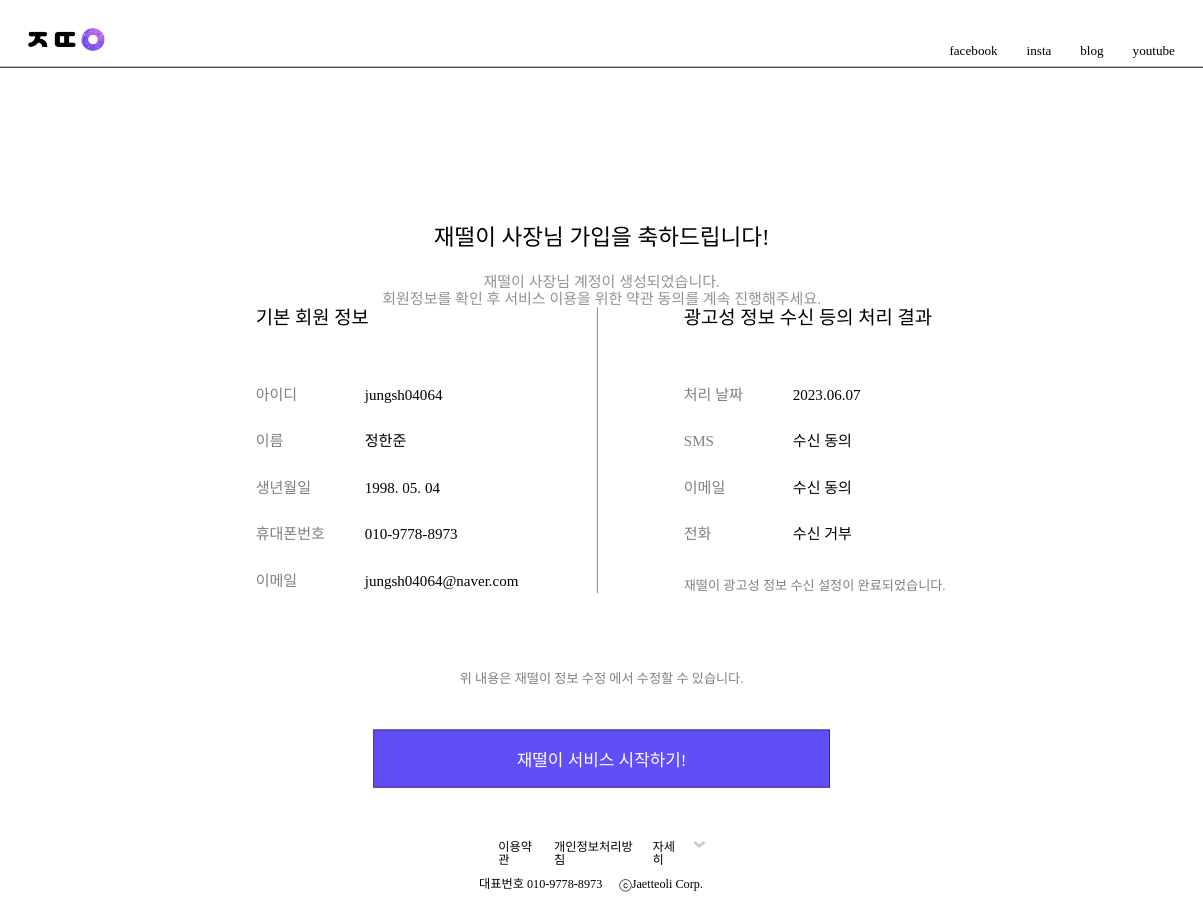
Repository: raoniee/Jaetteoli-React-Project
Page: /signup/complete
These files come from the project's save history. The page is drawn as it stood at one moment and after the next save; the edit follows.
The browser window is 1280 px wide. The pictures show the whole page, at 94% of full size.
Some web fonts or font styles are not loaded; a fallback is used. The project was rebuilt for these pictures with package versions that can differ from the ones it lists, and the page was loaded fresh each time. Also part of the build but not shown: src/component/main/ManageReview.module.css, src/component/main/ReviewContainer.module.css, src/component/main/ReviewItem.module.css, src/component/main/ReviewItem.js, src/component/main/ReviewContainer.js, src/component/sidebar/SideBar.module.css, src/component/sidebar/SideBar.js, src/component/main/ManageReview.js and 53 more.

Above is the page before, as saved 2023-07-06 22:10:09.

After the next save:
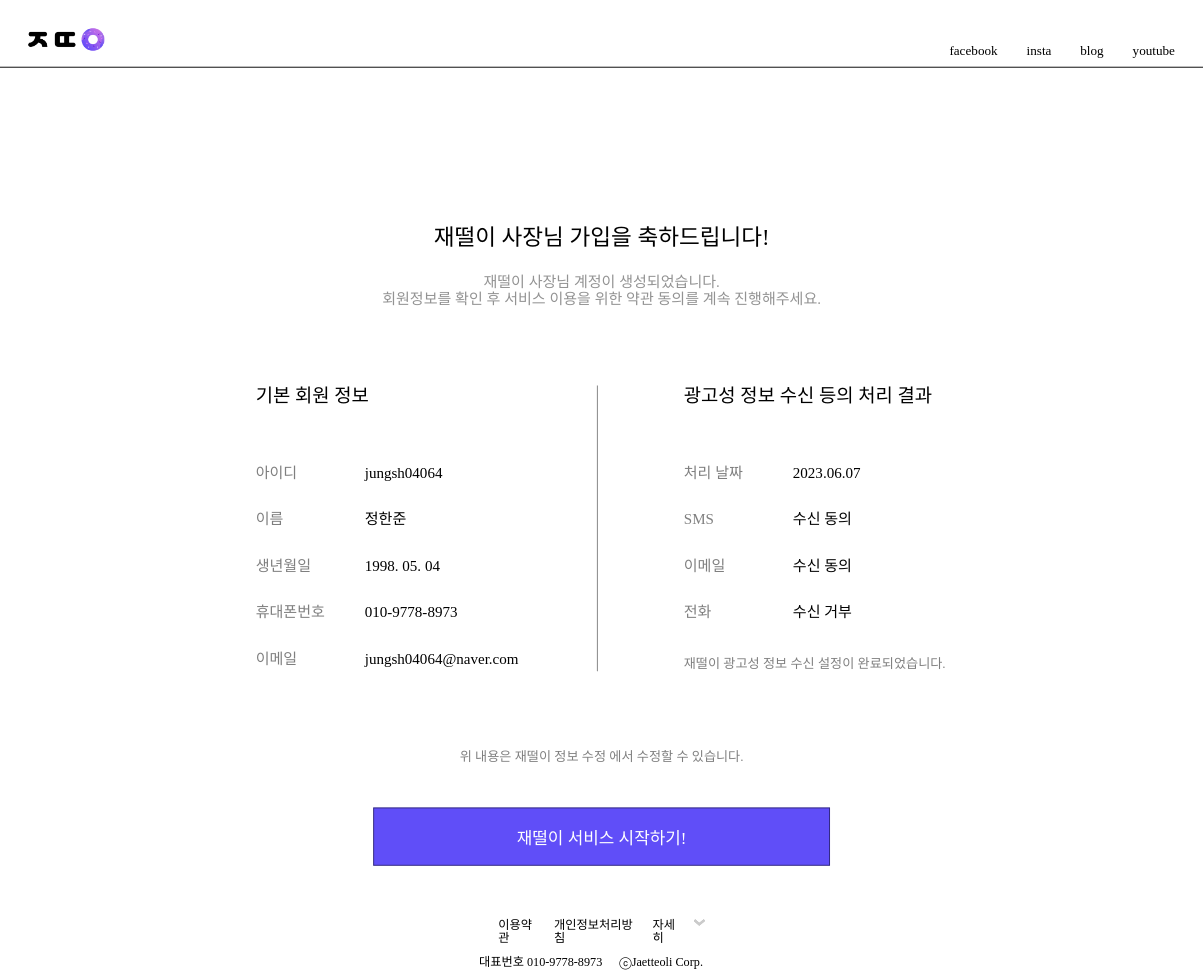
Saved 21 s later.
--- a/src/component/memberShip/MembershipEnd.module.css
+++ b/src/component/memberShip/MembershipEnd.module.css
@@ -27,6 +27,10 @@
   text-align: center;
   color: rgba(147, 147, 147, 1);
   /* margin-bottom: 83px; */
+}
+
+.title_desc2 {
+  margin-bottom: 83px;
 }
 
 .wrap {
